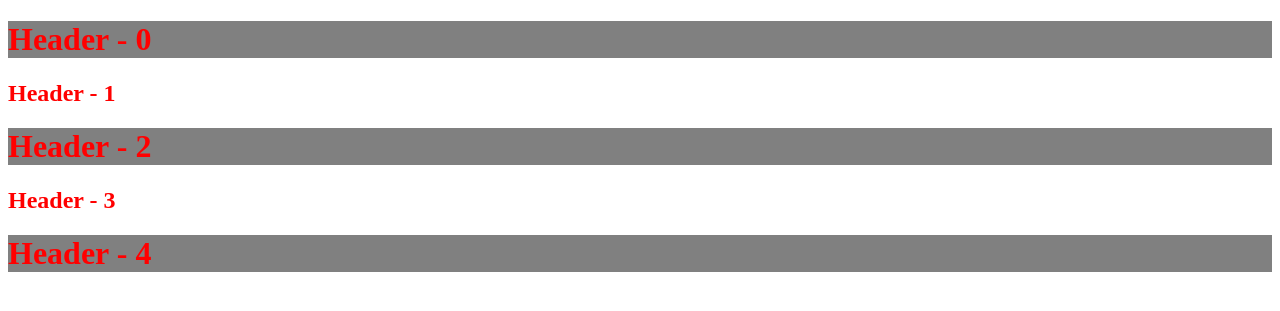
Repository: chlguswns1/web-practice
Page: jQuery/src/main/webapp/02_DOM_Search.html
The author's editor kept a copy of each file at every save. The page is drawn from the files as they stood at one save, then again after the next save.
The browser window is 1280 px wide. The pictures show the whole page.

Above is the page before, as saved 2023-03-09 05:58:33.

### jQuery/src/main/webapp/02_DOM_Search.html
<!--
	문서 객체 탐색 : 선택자와 관련된 추가 메서드를 살펴보자.
-->
<!DOCTYPE html>
<html>
<head>
<meta charset="UTF-8">
<title>문서 객체 탐색</title>

<script src="./js/jquery-3.6.3.js"></script>
<script type="text/javascript">
/* 1. 기본 필터링 메서드
//   - filter() 메서드 사용 두 가지 형태
//     1) $(selector).filter(selector);
//     2) $(selector).filter(function(index){});


	$(function () {
		//예제 : 홀수번째 속성 변경.
		$('h3:even').css({
			backgroundColor:'black',
			color:'white'
		});

	//filter() 매소드 적용 형태.
		$('h3').filter(':even').css({
			backgroundColor:'black',
			color:'white'
		});
	});

	//filter() 매소드 적용 형태.2
	$('h3').filter(function(index){
		return index % 3 ==0;
	}).css({backgroundColor:'black',
		color:'white'});

	*/
/* 2. 문서 객체 탐색 종료
	// 예제1.
	// 체이닝을 사용해 한 줄로 서로 다른 문서 객체에 스타일 적용 가능

	$(function () {
		$('h3').css('background','orange').filter('even').css('color','red')
	});
	*/
	// 예제2.
	//$(function() {
		/* $('h3').css('background','orange').filter(':even').css('color','white'
				).filter(':odd').css('color','red');//누적되서 진행

		$('h3').css('background','orange').filter(':even').css('color','white'
		).end().filter(':odd').css('color','red');//.end()를 붙이면 앞에꺼를 초기화 시킴
	})

	// 예제3.
	// 체이닝을 이용한 예제2의 표현
	// end() : 문서 객체 선택을 한 단계 뒤로 돌림.
	$(function () {
		$('h3').eq(3).css('background','orange');
	})
*/

/* 3. 특정 위치의 문서 객체 선택 */
//  - eq(n) : n번째 위치에 존재하는 문서 객체를 선택.
//  - first() : 첫번째 위치하는 문서 객체를 선택.
//  - last() : 마지막에 위치하는 문서 객체를 선택.



/* 4. 문서 객체 추가 선택 */
//	-add():기존 문서 객체를 포함하여 추가로 문서객체를 선택


	$(function() {
		$('h1').css('background','gray').add('h2').css('color','red')
	})
/* 5. 문서 객체의 특징 판별 */



</script>

</head>
<body>
<!--
	<h3>Header - 0</h3>
	<h3>Header - 1</h3>
	<h3>Header - 2</h3>
	<h3>Header - 3</h3>
	<h3>Header - 4</h3>
	<h3>Header - 5</h3>
-->

<!-- 4. 문서 객체 추가 선택 예시 -->
	<h1>Header - 0</h1>
	<h2>Header - 1</h2>
	<h1>Header - 2</h1>
	<h2>Header - 3</h2>
	<h1>Header - 4</h1>


<!-- 5. 문서 객체의 특징 판별
	<h1 class="select">Header - 0</h1>
	<h1>Header - 1</h1>
	<h1 class="select">Header - 2</h1>
 -->
</body>
</html>

Loaded but not shown: jQuery/src/main/webapp/js/jquery-3.6.3.js (library)

After the next save:
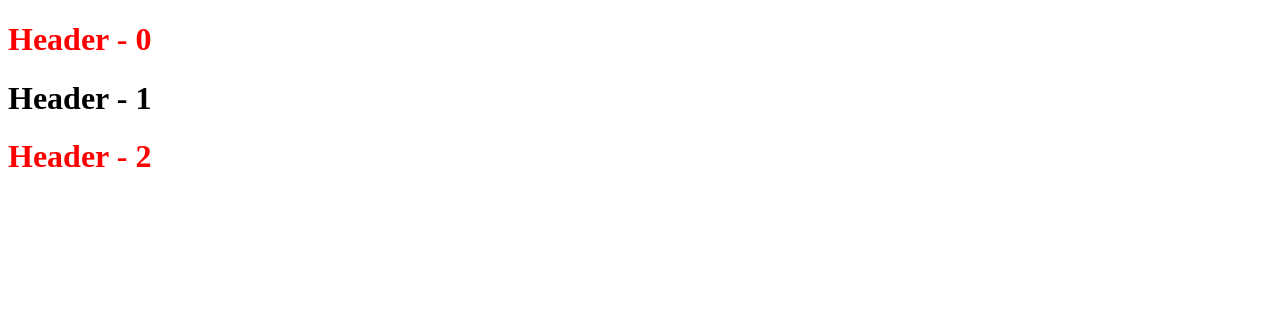
Saved 6 min 48 s later.
--- a/jQuery/src/main/webapp/02_DOM_Search.html
+++ b/jQuery/src/main/webapp/02_DOM_Search.html
@@ -68,15 +68,22 @@
 
 
 
-/* 4. 문서 객체 추가 선택 */
+/* 4. 문서 객체 추가 선택
 //	-add():기존 문서 객체를 포함하여 추가로 문서객체를 선택
 
 
 	$(function() {
 		$('h1').css('background','gray').add('h2').css('color','red')
 	})
+	 */
 /* 5. 문서 객체의 특징 판별 */
-
+	$(function() {
+		$('h1').each(function(){
+			if($(this).is('.select')){
+				$(this).css('color','red');
+			}
+		});
+	})
 
 
 </script>
@@ -92,18 +99,18 @@
 	<h3>Header - 5</h3>
 -->
 
-<!-- 4. 문서 객체 추가 선택 예시 -->
+<!-- 4. 문서 객체 추가 선택 예시
 	<h1>Header - 0</h1>
 	<h2>Header - 1</h2>
 	<h1>Header - 2</h1>
 	<h2>Header - 3</h2>
 	<h1>Header - 4</h1>
+ -->
 
-
-<!-- 5. 문서 객체의 특징 판별
+<!-- 5. 문서 객체의 특징 판별 -->
 	<h1 class="select">Header - 0</h1>
 	<h1>Header - 1</h1>
 	<h1 class="select">Header - 2</h1>
- -->
+
 </body>
 </html>
